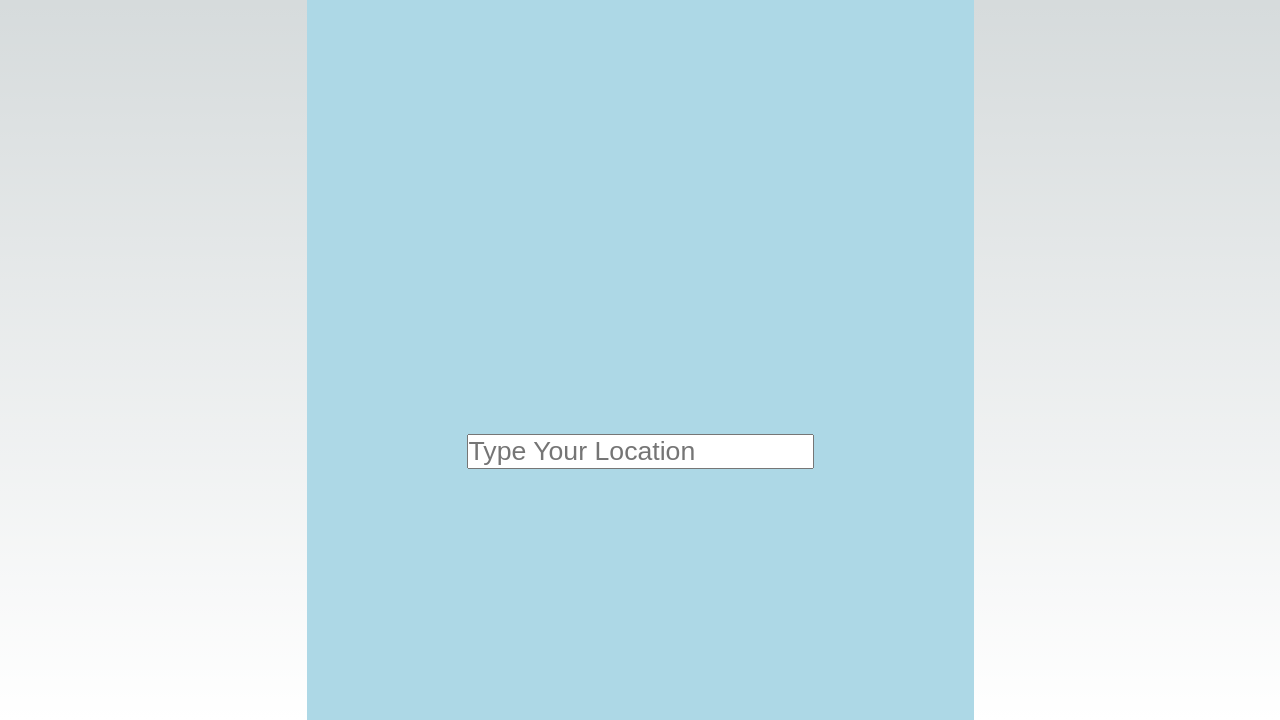
Repository: Heidingg/weather_app
Page: /
The author's editor kept a copy of each file at every save. The page is drawn from the files as they stood at one save, then again after the next save.
The browser window is 1280 px wide. The pictures show the whole page.
The project was rebuilt for these pictures with package versions that can differ from the ones it lists, and the page was loaded fresh each time. The framework's server and built-in components were replaced by stand-ins that run in the browser. Also part of the build but not shown: next.config.js.

Above is the page before, as saved 2023-01-19 22:40:55.

### pages/index.js
import Head from 'next/head';
import Image from 'next/image';
import { Inter } from '@next/font/google';
import styles from '../styles/Home.module.css';
import { useState } from 'react';
import React from 'react';
import axios from 'axios';

const inter = Inter({ subsets: ['latin'] })

export default function Home() {

  const [location, setLocation] = useState('');
  const [data, setData] = useState({});
  const [weather, setWeather] = useState();
  const [main, setMain] = useState();
  const [wind, setWind] = useState();
  const [errorMessage, setErrorMessage] = useState('');
  const [icon, setIcon] = useState('');
  var lang = "en";
  var units = "metric";
  var apiKey = "8a3b66428312171f7c96dafa7cbc5a31";

  const url = `https://api.openweathermap.org/data/2.5/weather?q=${location}&units=${units}&appid=${apiKey}&lang=${lang}`;


  const searchLocation = (event) => {
    if (event.key === 'Enter') {
      axios.get(url)
        .then((response) => {
          console.clear();
          setData(response.data);
          console.log(response.data);
          setWeather(response.data.weather);
          setWind(response.data.wind);
          setIcon(response.data.icon);
          setErrorMessage("");
        }).catch(err => {
          console.log(err);
          setErrorMessage("Please enter another location")
          setData({});
          setWeather();
          setMain();
          setWind();
          setIcon();
        })
      setLocation('')
    }
  }


  return (
    <>
      <Head>
        <title>Loweather</title>
        <meta name="description" content="Generated by create next app" />
        <meta name="viewport" content="width=device-width, initial-scale=1" />
        <link rel="icon" href="cloudy.png" alt=""/>
      </Head>

      <main className={styles.main}>
        <div className={styles.location}></div>
          <div className={styles.locationIcon}>
          <div className={styles.locationName}>
            {data.name}
          </div>
        </div>

        <div className={styles.errorMess}>{errorMessage}</div>
        <input
          value={location}
          onChange={event => setLocation(event.target.value)}
          placeholder="Type Your Location"
          onKeyDown={searchLocation}
          type="text"
        >
        </input>

        <div className={styles.weatherData}>
          <div className={styles.weatherCondition}>
            {
              weather && weather.map((w, index) => {
                return (
                  <div key={index}>
                    <div className>{w.icon}</div>
                    <img className={styles.iconStyle} src={`http://openweathermap.org/img/wn/${w.icon}@2x.png`}></img>
                    <div className>{w.main}</div>
                  </div>
                )
              })
            }
          </div>

          {
            weather && weather.map((w, index) => {
              return (
                <div key={index}>
                  <div className>{w.description}</div>
                </div>
              )
            })
          }

          {
            main && weather.map(() => {
              return (
                <div>
                  <div className={styles.weatherTemp}>Temperature: {main.temp}&#176;C</div>
                  <div className={styles.weatherFeel}>Feels like: {main.feels_like}&#176;C</div>
                </div>
              )
            })
          }

          {
            wind && weather.map(() => {
              return (
                <div>
                  <div className={styles.weatherWind}>Wind: {wind.gust} m/s</div>
                </div>
              )
            })
          }

        </div>
      </main>
    </>
)
}

### styles/globals.css
:root {
  --max-width: 1100px;
  --border-radius: 12px;
  --font-mono: ui-monospace, Menlo, Monaco, 'Cascadia Mono', 'Segoe UI Mono',
    'Roboto Mono', 'Oxygen Mono', 'Ubuntu Monospace', 'Source Code Pro',
    'Fira Mono', 'Droid Sans Mono', 'Courier New', monospace;

  --foreground-rgb: 0, 0, 0;
  --background-start-rgb: 214, 219, 220;
  --background-end-rgb: 255, 255, 255;

  --primary-glow: conic-gradient(
    from 180deg at 50% 50%,
    #16abff33 0deg,
    #0885ff33 55deg,
    #54d6ff33 120deg,
    #0071ff33 160deg,
    transparent 360deg
  );
  --secondary-glow: radial-gradient(
    rgba(255, 255, 255, 1),
    rgba(255, 255, 255, 0)
  );

  --tile-start-rgb: 239, 245, 249;
  --tile-end-rgb: 228, 232, 233;
  --tile-border: conic-gradient(
    #00000080,
    #00000040,
    #00000030,
    #00000020,
    #00000010,
    #00000010,
    #00000080
  );

  --callout-rgb: 238, 240, 241;
  --callout-border-rgb: 172, 175, 176;
  --card-rgb: 180, 185, 188;
  --card-border-rgb: 131, 134, 135;
}

@media (prefers-color-scheme: dark) {
  :root {
    --foreground-rgb: 255, 255, 255;
    --background-start-rgb: 0, 0, 0;
    --background-end-rgb: 0, 0, 0;

    --primary-glow: radial-gradient(rgba(1, 65, 255, 0.4), rgba(1, 65, 255, 0));
    --secondary-glow: linear-gradient(
      to bottom right,
      rgba(1, 65, 255, 0),
      rgba(1, 65, 255, 0),
      rgba(1, 65, 255, 0.3)
    );

    --tile-start-rgb: 2, 13, 46;
    --tile-end-rgb: 2, 5, 19;
    --tile-border: conic-gradient(
      #ffffff80,
      #ffffff40,
      #ffffff30,
      #ffffff20,
      #ffffff10,
      #ffffff10,
      #ffffff80
    );

    --callout-rgb: 20, 20, 20;
    --callout-border-rgb: 108, 108, 108;
    --card-rgb: 100, 100, 100;
    --card-border-rgb: 200, 200, 200;
  }
}

* {
  box-sizing: border-box;
  padding: 0;
  margin: 0;
  font-family: "Montserrat", sans-serif;
  font-size: 20pt;
}

.input{
  width: 80%;
  display: flex;
  background-color: lightblue;
}

html,
body {
  max-width: 100vw;
  overflow-x: hidden;
  display: grid;
  place-items: center;
  min-height: 100vh;;
}

body {
  color: rgb(var(--foreground-rgb));
  background: linear-gradient(
      to bottom,
      transparent,
      rgb(var(--background-end-rgb))
    )
    rgb(var(--background-start-rgb));
}

a {
  color: inherit;
  text-decoration: none;
}

@media (prefers-color-scheme: dark) {
  html {
    color-scheme: dark;
  }
}

### styles/Home.module.css
.main {
  display: flex;
  flex-direction: column;
  justify-content: space-between;
  align-items: center;
  padding: 6rem;
  min-height: 100vh;
  background-color: lightblue;
}

.description {
  display: inherit;
  justify-content: inherit;
  align-items: inherit;
  font-size: 0.85rem;
  max-width: var(--max-width);
  width: 100%;
  z-index: 2;
  font-family: var(--font-mono);
}

.description a {
  display: flex;
  justify-content: center;
  align-items: center;
  gap: 0.5rem;
}

.description p {
  position: relative;
  margin: 0;
  padding: 1rem;
  background-color: rgba(var(--callout-rgb), 0.5);
  border: 1px solid rgba(var(--callout-border-rgb), 0.3);
  border-radius: var(--border-radius);
}

.code {
  font-weight: 700;
  font-family: var(--font-mono);
}

.grid {
  display: grid;
  grid-template-columns: repeat(4, minmax(25%, auto));
  width: var(--max-width);
  max-width: 100%;
}

.card {
  padding: 1rem 1.2rem;
  border-radius: var(--border-radius);
  background: rgba(var(--card-rgb), 0);
  border: 1px solid rgba(var(--card-border-rgb), 0);
  transition: background 200ms, border 200ms;
}

.card span {
  display: inline-block;
  transition: transform 200ms;
}

.card h2 {
  font-weight: 600;
  margin-bottom: 0.7rem;
}

.card p {
  margin: 0;
  opacity: 0.6;
  font-size: 0.9rem;
  line-height: 1.5;
  max-width: 30ch;
}

.center {
  display: flex;
  justify-content: center;
  align-items: center;
  position: relative;
  padding: 4rem 0;
}

.center::before {
  background: var(--secondary-glow);
  border-radius: 50%;
  width: 480px;
  height: 360px;
  margin-left: -400px;
}

.center::after {
  background: var(--primary-glow);
  width: 240px;
  height: 180px;
  z-index: -1;
}

.center::before,
.center::after {
  content: '';
  left: 50%;
  position: absolute;
  filter: blur(45px);
  transform: translateZ(0);
}

.logo,
.thirteen {
  position: relative;
}

.thirteen {
  display: flex;
  justify-content: center;
  align-items: center;
  width: 75px;
  height: 75px;
  padding: 25px 10px;
  margin-left: 16px;
  transform: translateZ(0);
  border-radius: var(--border-radius);
  overflow: hidden;
  box-shadow: 0px 2px 8px -1px #0000001a;
}

.thirteen::before,
.thirteen::after {
  content: '';
  position: absolute;
  z-index: -1;
}

/* Conic Gradient Animation */
.thirteen::before {
  animation: 6s rotate linear infinite;
  width: 200%;
  height: 200%;
  background: var(--tile-border);
}

/* Inner Square */
.thirteen::after {
  inset: 0;
  padding: 1px;
  border-radius: var(--border-radius);
  background: linear-gradient(
    to bottom right,
    rgba(var(--tile-start-rgb), 1),
    rgba(var(--tile-end-rgb), 1)
  );
  background-clip: content-box;
}

/* Enable hover only on non-touch devices */
@media (hover: hover) and (pointer: fine) {
  .card:hover {
    background: rgba(var(--card-rgb), 0.1);
    border: 1px solid rgba(var(--card-border-rgb), 0.15);
  }

  .card:hover span {
    transform: translateX(4px);
  }
}

@media (prefers-reduced-motion) {
  .thirteen::before {
    animation: none;
  }

  .card:hover span {
    transform: none;
  }
}

/* Mobile */
@media (max-width: 700px) {
  .content {
    padding: 4rem;
  }

  .grid {
    grid-template-columns: 1fr;
    margin-bottom: 120px;
    max-width: 320px;
    text-align: center;
  }

  .card {
    padding: 1rem 2.5rem;
  }

  .card h2 {
    margin-bottom: 0.5rem;
  }

  .center {
    padding: 8rem 0 6rem;
  }

  .center::before {
    transform: none;
    height: 300px;
  }

  .description {
    font-size: 0.8rem;
  }

  .description a {
    padding: 1rem;
  }

  .description p,
  .description div {
    display: flex;
    justify-content: center;
    position: fixed;
    width: 100%;
  }

  .description p {
    align-items: center;
    inset: 0 0 auto;
    padding: 2rem 1rem 1.4rem;
    border-radius: 0;
    border: none;
    border-bottom: 1px solid rgba(var(--callout-border-rgb), 0.25);
    background: linear-gradient(
      to bottom,
      rgba(var(--background-start-rgb), 1),
      rgba(var(--callout-rgb), 0.5)
    );
    background-clip: padding-box;
    backdrop-filter: blur(24px);
  }

  .description div {
    align-items: flex-end;
    pointer-events: none;
    inset: auto 0 0;
    padding: 2rem;
    height: 200px;
    background: linear-gradient(
      to bottom,
      transparent 0%,
      rgb(var(--background-end-rgb)) 40%
    );
    z-index: 1;
  }
}

/* Tablet and Smaller Desktop */
@media (min-width: 701px) and (max-width: 1120px) {
  .grid {
    grid-template-columns: repeat(2, 50%);
  }
}

@media (prefers-color-scheme: dark) {
  .vercelLogo {
    filter: invert(1);
  }

  .logo,
  .thirteen img {
    filter: invert(1) drop-shadow(0 0 0.3rem #ffffff70);
  }
}

@keyframes rotate {
  from {
    transform: rotate(360deg);
  }
  to {
    transform: rotate(0deg);
  }
}

Loaded but not shown: pages/_app.js (common file); pages/_document.js (common file)

After the next save:
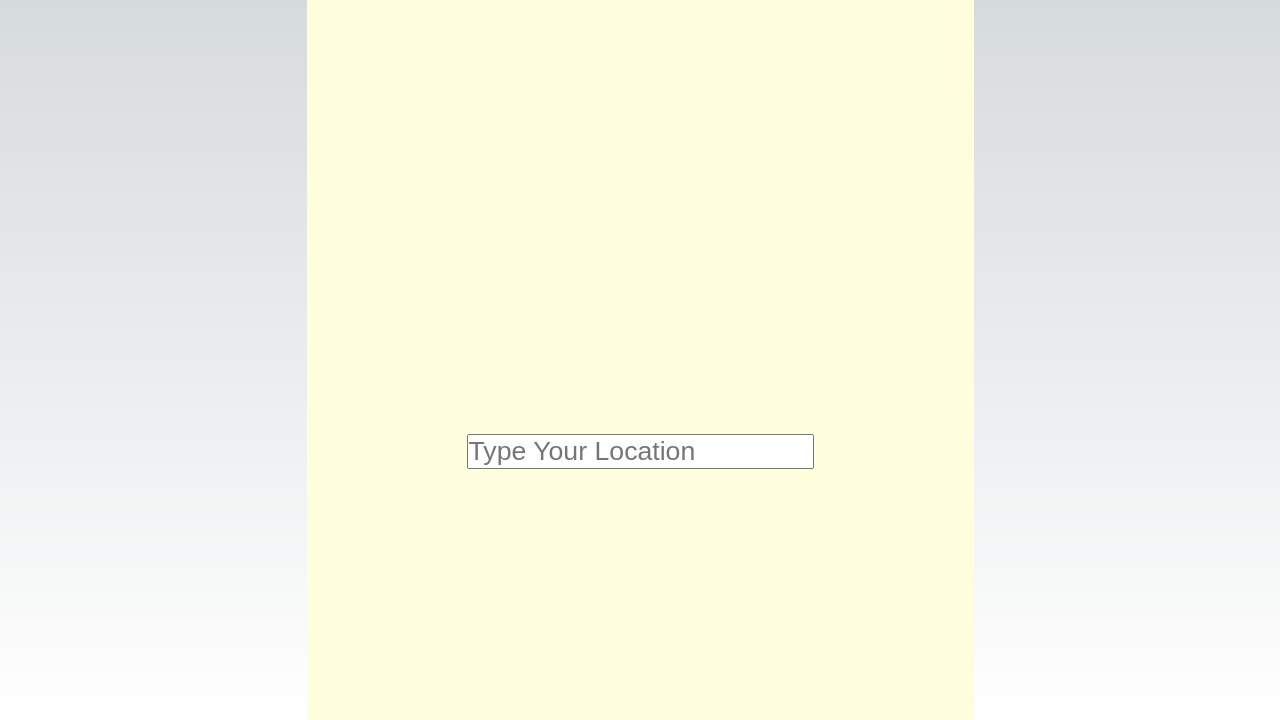
Saved 7 s later.
--- a/styles/Home.module.css
+++ b/styles/Home.module.css
@@ -5,7 +5,7 @@
   align-items: center;
   padding: 6rem;
   min-height: 100vh;
-  background-color: lightblue;
+  background-color: lightyellow;
 }
 
 .description {
